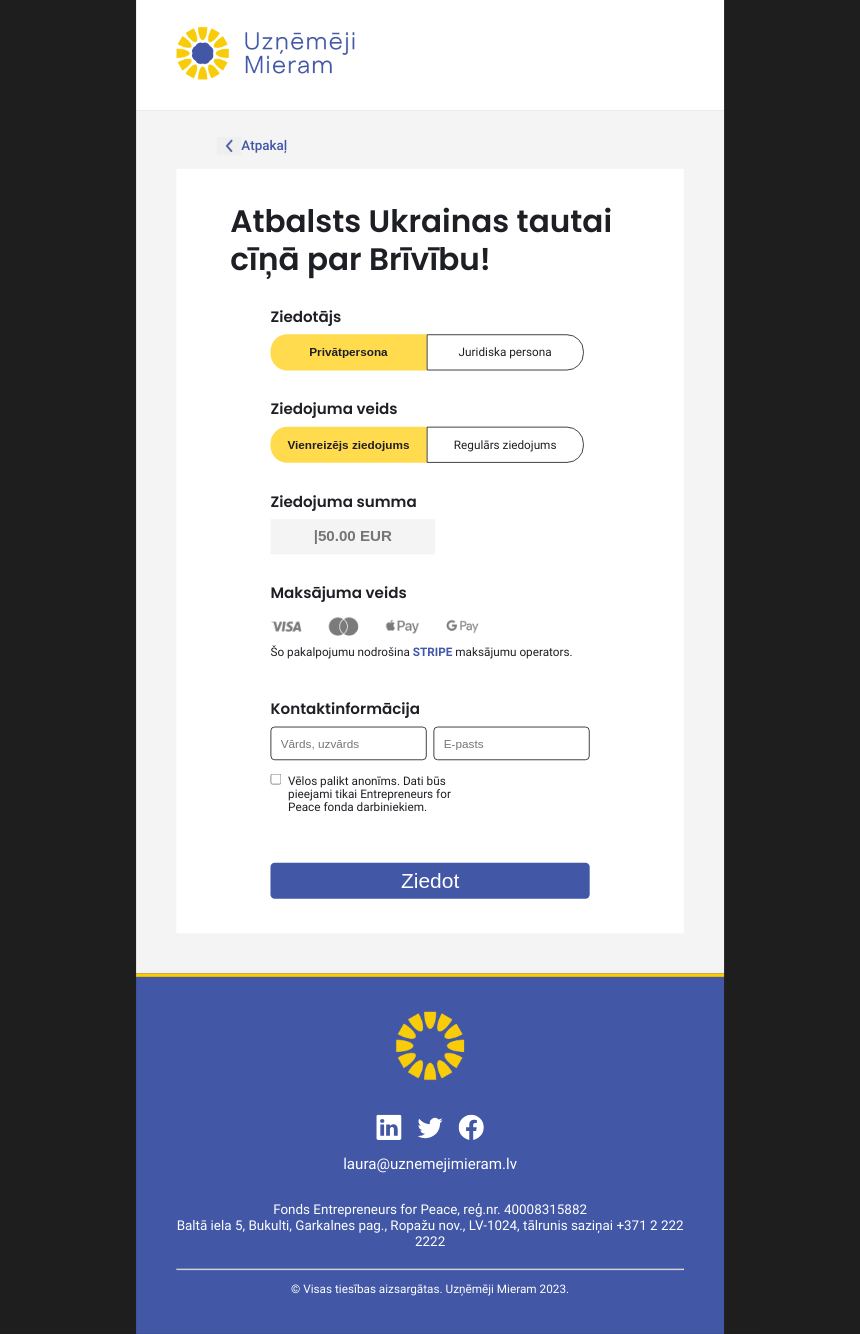
Repository: KatrinaPa/projekts_jul
Page: donate_Ukr-private-onetime.html
An editor plug-in stored every save of this project. The page is shown before and after the next save, followed by the edit.
The browser window is 1024 px wide. The pictures show the whole page, at 84% of full size.

Above is the page before, as saved 2023-07-24 12:06:36.
Console error: TypeError: Cannot read properties of null (reading 'addEventListener')

### donate_Ukr-private-onetime.html
<!DOCTYPE html>
<html lang="en">

<head>
    <meta charset="UTF-8">
    <meta http-equiv="X-UA-Compatible" content="IE=edge">
    <meta name="viewport" content="width=device-width, initial-scale=1.0">
    <title>Ukrainas tautai</title>
    <link href="https://fonts.googleapis.com/css2?family=Jost:wght@400;700&display=swap" rel="stylesheet" />
    <link rel="stylesheet" href="assets/main.css" />
    <link rel="stylesheet" href="assets/donate-page.css" />
    <link rel="stylesheet" href="assets/donate-page-private-onetime.css" />
    <link rel="stylesheet" href="https://cdnjs.cloudflare.com/ajax/libs/font-awesome/6.2.0/css/all.min.css" />
    <script src="assets/main.js" defer></script>
</head>

<body>
    <div class="panel">
        <header class="header">
            <div class="header-content">
                <nav class="navbar">
                    <a href="sakums.html" id="project-nav-home"><img src="assets/images/UM_logo.png"
                            alt="uznemejiMieram" id="logo"></a>
                    <a href="sakums.html" id="project-nav-home-mob"><img src="assets/images/UM_simbols.png"
                            alt="uznemejiMieram" id="logo-mob"></a>
                </nav>
            </div>
        </header>
        <section id="donate_wrapper" class="donate_section">
            <div class="section-content">
                <div class="donate-centred">

                    <div class="back-toProject"><a href="sakums.html">
                            <button class="back-btn">
                                <img src="assets/images/arrow_left.png" alt="left" id="arrow-left">
                            </button>
                            <div>
                                <div>Atpakaļ</div>
                            </div>
                        </a></div>

                    <div class="donate_page">
                        <h1>Atbalsts Ukrainas tautai cīņā par Brīvību!</h1>
                        <div class="donation_type">
                            <h4>Ziedotājs</h4>
                            <div>
                                <button class="individual" id="individual-donate">Privātpersona</button>
                                <a href="donate_Ukr-legal-onetime.html" class="legal" id="legal-donate">Juridiska
                                    persona</a>
                            </div>
                            <h4>Ziedojuma veids</h4>
                            <div>
                                <button class="one-time" id="one-time-donate">Vienreizējs ziedojums</button>
                                <a href="donate_Ukr-private-regular.html" class="regular" id="regular-donate">Regulārs
                                    ziedojums</a>
                            </div>
                            <h4>Ziedojuma summa</h4>
                            <div>
                                <input class="enter-donation" type="text" placeholder="|50.00 EUR" />
                            </div>
                            <h4>Maksājuma veids</h4>
                            <div class="payment_logo">
                                <img src="assets/images/Visa_logo.png" alt="Visa" id="visa_logo">
                                <img src="assets/images/MasterCard_logo.png" alt="MasterCard" id="master-card_logo">
                                <img src="assets/images/applepay_logo.png" alt="Apple Pay" id="apple-pay_logo">
                                <img src="assets/images/googlepay_logo.png" alt="Google Pay" id="google-pay_logo">
                            </div>
                            <p>Šo pakalpojumu nodrošina <span>STRIPE</span> maksājumu operators.</p>
                        </div>
                        <div class="contact-details">
                            <h4>Kontaktinformācija</h4>
                            <form action="#" class="placehold_button">
                                <div class="inputs-details">
                                    <input type="text" placeholder="Vārds, uzvārds" />
                                    <input type="email" placeholder="E-pasts" />
                                </div>
                                <div class="checkbox_display">
                                    <div>
                                        <input type="checkbox" name="no-display" id="display-no" />
                                        <label for="display-no">Vēlos palikt anonīms. Dati būs pieejami tikai
                                            Entrepreneurs for Peace fonda darbiniekiem.</label>
                                    </div>
                                </div>
                                <button type="submit" class="buttonContinue">Ziedot</button>
                            </form>
                        </div>
                    </div>
                </div>
            </div>
        </section>
        <div class="yellow-bottom"></div>
        </main>
        <footer>
            <div class="about">
                <img src="assets/images/UM_simbols.png" alt="uznemejiMieram">
                <div class="social">
                    <svg xmlns="http://www.w3.org/2000/svg" width="30" height="30" fill="#ffffff" class="bi bi-linkedin"
                        viewBox="0 0 16 16">
                        <path
                            d="M0 1.146C0 .513.526 0 1.175 0h13.65C15.474 0 16 .513 16 1.146v13.708c0 .633-.526 1.146-1.175 1.146H1.175C.526 16 0 15.487 0 14.854V1.146zm4.943 12.248V6.169H2.542v7.225h2.401zm-1.2-8.212c.837 0 1.358-.554 1.358-1.248-.015-.709-.52-1.248-1.342-1.248-.822 0-1.359.54-1.359 1.248 0 .694.521 1.248 1.327 1.248h.016zm4.908 8.212V9.359c0-.216.016-.432.08-.586.173-.431.568-.878 1.232-.878.869 0 1.216.662 1.216 1.634v3.865h2.401V9.25c0-2.22-1.184-3.252-2.764-3.252-1.274 0-1.845.7-2.165 1.193v.025h-.016a5.54 5.54 0 0 1 .016-.025V6.169h-2.4c.03.678 0 7.225 0 7.225h2.4z" />
                    </svg>
                    <svg xmlns="http://www.w3.org/2000/svg" width="30" height="30" fill="#ffffff" class="bi bi-twitter"
                        viewBox="0 0 16 16">
                        <path
                            d="M5.026 15c6.038 0 9.341-5.003 9.341-9.334 0-.14 0-.282-.006-.422A6.685 6.685 0 0 0 16 3.542a6.658 6.658 0 0 1-1.889.518 3.301 3.301 0 0 0 1.447-1.817 6.533 6.533 0 0 1-2.087.793A3.286 3.286 0 0 0 7.875 6.03a9.325 9.325 0 0 1-6.767-3.429 3.289 3.289 0 0 0 1.018 4.382A3.323 3.323 0 0 1 .64 6.575v.045a3.288 3.288 0 0 0 2.632 3.218 3.203 3.203 0 0 1-.865.115 3.23 3.23 0 0 1-.614-.057 3.283 3.283 0 0 0 3.067 2.277A6.588 6.588 0 0 1 .78 13.58a6.32 6.32 0 0 1-.78-.045A9.344 9.344 0 0 0 5.026 15z" />
                    </svg>
                    <svg xmlns="http://www.w3.org/2000/svg" width="30" height="30" fill="#ffffff" class="bi bi-facebook"
                        viewBox="0 0 16 16">
                        <path
                            d="M16 8.049c0-4.446-3.582-8.05-8-8.05C3.58 0-.002 3.603-.002 8.05c0 4.017 2.926 7.347 6.75 7.951v-5.625h-2.03V8.05H6.75V6.275c0-2.017 1.195-3.131 3.022-3.131.876 0 1.791.157 1.791.157v1.98h-1.009c-.993 0-1.303.621-1.303 1.258v1.51h2.218l-.354 2.326H9.25V16c3.824-.604 6.75-3.934 6.75-7.951z" />
                    </svg>
                </div>
                <div class="contacts">
                    <p>laura@uznemejimieram.lv</p>
                    <p>Fonds Entrepreneurs for Peace, reģ.nr. 40008315882 <br> Baltā iela 5, Bukulti, Garkalnes pag.,
                        Ropažu
                        nov., LV-1024, tālrunis saziņai +371 2 222 2222</p>
                </div>
            </div>
            <div class="copy">
                <hr>
                <p>© Visas tiesības aizsargātas. Uzņēmēji Mieram 2023.</p>
            </div>
        </footer>
    </div>

</body>

</html>

### assets/donate-page.css
#donate_wrapper {
    background-color: #f4f4f4;
}

.donate_section {
    font-family: 'Roboto';
    padding: 0 3rem 0 3rem;
}

.donate-centred {
    display: flex;
    align-items: center;
    flex-direction: column;
}

.back-toProject {
    width: 54.5rem;
    padding: 2rem 0 1rem 0;
}

.back-toProject a {
    text-decoration: none;
    color: #4257A6;
    font-size: 16px;
    font-weight: 500;
    margin-block-start: 0;
    display: flex;
}

.back-btn {
    border: 0;
    cursor: pointer;
}

.back-btn img {
    width: 45%;
    padding-top: 0.1rem;
}

.donate_page {
    width: 54.5rem;
    background-color: #ffffff;
    color: #1E1F24;
    margin-bottom: 3rem;
}

h1 {
    color: #1E1F24;
    font-weight: 600;
    font-size: 37px;
    line-height: 45px;
    padding: 2.5rem 7rem 0 7rem;
    width: 60%;
}

.donation_type {
    padding: 0 7rem 0 7rem;
}

h4 {
    font-size: 18px;
    font-weight: 600;
    margin: 2rem 0 0.5rem 0;
    font-family: 'Poppins';
}

.donation_type div {
    display: flex;
    flex-direction: row;
    justify-content: flex-start;
}

.info-regular {
    display: flex;
    gap: 0.6rem;
}

.info-regular img {
    width: 18px;
    height: 18px;
    margin-block-start: 1.2rem;
}

.donation_type p {
    font-size: 14px;
    font-weight: 400;
    margin-block-start: 0.7rem;
}

.donation_type span {
    color: #4257A6;
    font-weight: 600;
}

.checkbox_display div {
    display: flex;
    flex-direction: row;
    align-items: flex-start;
    gap: 0.5rem;
    width: 60%;
}

#display-no {
    width: 1rem;
    margin: 0;
}

.checkbox_display label {
    font-size: 14px;
    font-weight: 400;
}

.one-time,
.individual {
    color: #1E1F24;
    font-size: 14px;
    width: 11.6rem;
    height: 2.68rem;
    display: flex;
    justify-content: center;
    align-items: center;
    text-decoration: none;
    border: none;
    border-radius: 20px 0 0 20px;
    font-weight: 400;
    cursor: pointer;
}

.legal,
.regular {
    color: #1E1F24;
    font-size: 14px;
    width: 11.6rem;
    height: auto;
    display: flex;
    justify-content: center;
    align-items: center;
    text-decoration: none;
    border-radius: 0 20px 20px 0;
    border: none;
    font-weight: 400;
    margin-block-end: 0;
    cursor: pointer;
}

.legal:hover,
.regular:hover,
.one-time:hover,
.individual:hover {
    background-color: #ffcc00;
    font-weight: 700;
}

.enter-donation {
    background-color: #f4f4f4;
    color: #615c5c;
    font-size: 18px;
    height: 2.5rem;
    width: 12rem;
    text-align: center;
    border: none;
    font-weight: 700;
    margin-block-start: 0;
}

.payment_logo {
    align-items: center;
    gap: 2rem;
    margin-top: 1rem;
}

#visa_logo,
#google-pay_logo,
#apple-pay_logo,
#master-card_logo {
    cursor: pointer;
}

.contact-details {
    display: flex;
    flex-direction: column;
    padding: 0 7rem 0 7rem;
}

.inputs-details {
    display: flex;
    gap: 1.5rem;
    margin-bottom: 1rem;
}

.contact-details input {
    border-radius: 5px;
    padding: 0.7rem 0.7rem;
    width: 100%;
    border: solid 1px #1E1F24;
    font-size: 14px;
}

.buttonContinue {
    margin: 3.6rem 0 2.6rem 0;
    width: 100%;
    background-color: #4257A6;
    color: #ffffff;
    font-size: 25px;
    font-weight: 500;
    height: 2.69rem;
    text-decoration: none;
    border-radius: 5px;
    border: none;
    cursor: pointer;
}

.yellow-bottom {
    height: 0.25rem;
    background-color: #ffcc00;
}

@media (min-width: 1280px) {

    .section-content {
        margin: 0 auto;
        padding: 0;
    }
}

@media screen and (max-width: 1279px) {

    .back-toProject {
        width: 84%;
    }

    .donate_page {
        width: 100%;
    }

    h1 {
        padding: 2.5rem 4rem 0 4rem;
        width: 80%;
    }

    .inputs-details {
        gap: 0.5rem;
    }
}

@media screen and (max-width: 700px) {

    .back-toProject {
        width: 87%;
    }

    .inputs-details {
        margin-bottom: 2rem;
        flex-direction: column;
    }

    .placehold_button {
        padding-right: 2rem;
    }

    .one-time,
    .regular,
    .individual,
    .legal {
        width: 11rem;
    }

    .donate_page {
        width: 19rem;
        padding: 2rem 1rem 4rem 1rem;
    }
}

### assets/donate-page-private-onetime.css
#one-time-donate {
    background-color: #FFDB4D;
    font-weight: 600;
    cursor: auto;
}

#regular-donate {
    background-color: #ffffff;
    border: 1px solid #1E1F24;
}

#regular-donate:hover {
    background-color: #ffcc00;
    border: none;
}

#individual-donate {
    background-color: #FFDB4D;
    font-weight: 600;
    cursor: auto;
}

#legal-donate {
    background-color: #ffffff;
    border: 1px solid #1E1F24;
}

#legal-donate:hover {
    background-color: #ffcc00;
    border: none;
}

Loaded but not shown: assets/main.js (97 lines, source omitted); assets/main.css (1433 lines, source omitted)

After the next save:
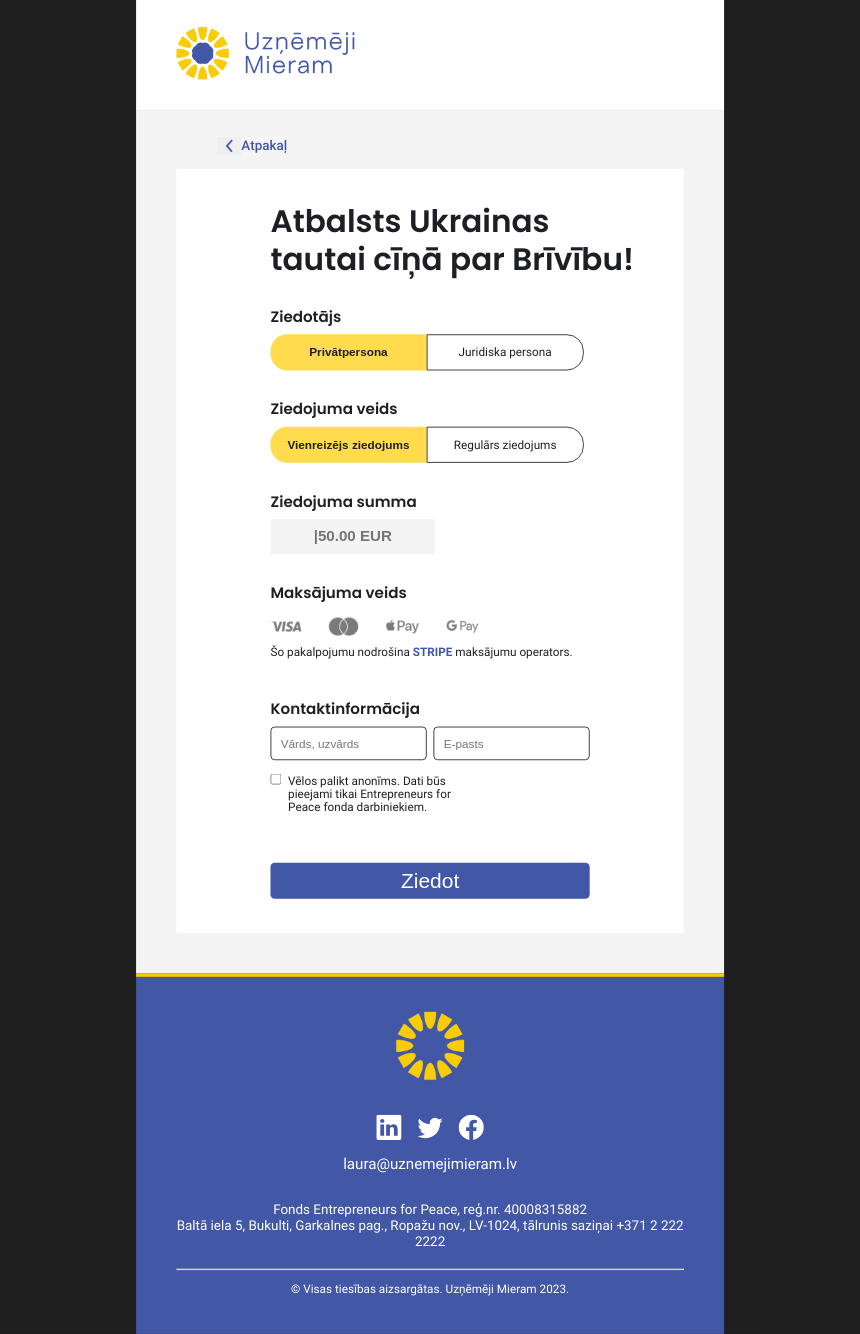
Saved 4 min 53 s later.
--- a/assets/donate-page.css
+++ b/assets/donate-page.css
@@ -234,8 +234,7 @@
     }
 
     h1 {
-        padding: 2.5rem 4rem 0 4rem;
-        width: 80%;
+        width: 75%;
     }
 
     .inputs-details {
